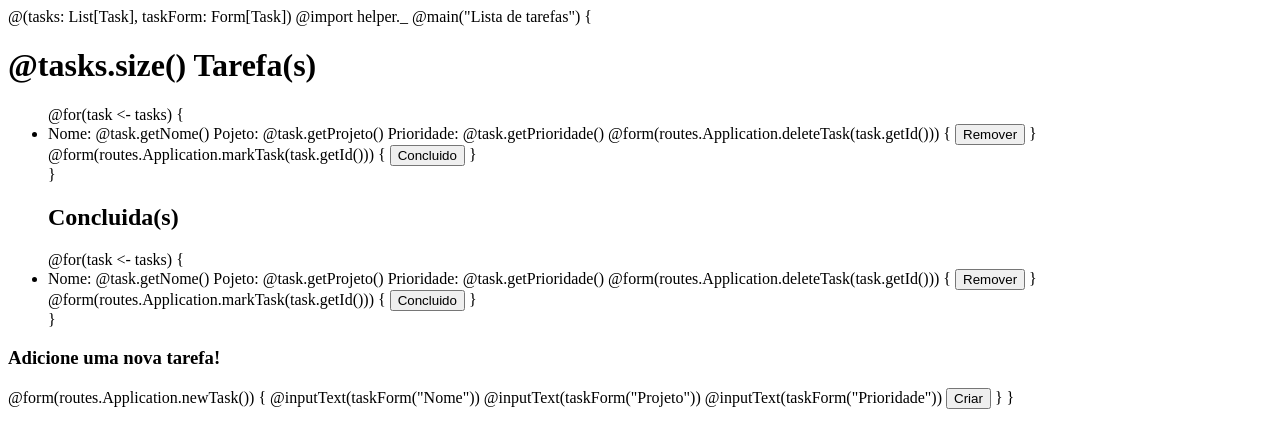
Repository: lcavalcante/si1
Page: lab2/.target/views/index.scala.html
An editor plug-in stored every save of this project. The page is shown before and after the next save, followed by the edit.
The browser window is 1280 px wide. The pictures show the whole page.

Above is the page before, as saved 2013-11-27 00:29:18.

After the next save:
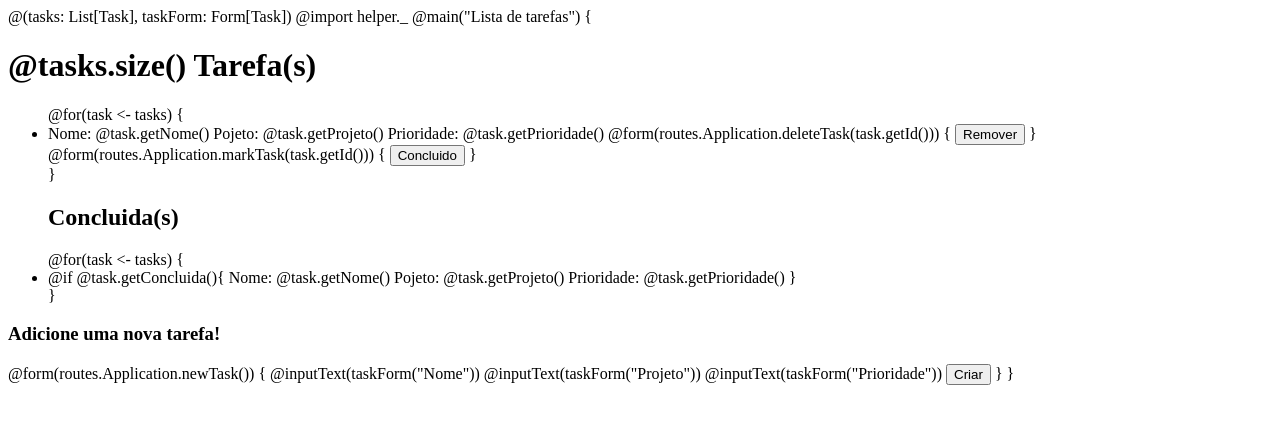
Saved 53 s later.
--- a/lab2/.target/views/index.scala.html
+++ b/lab2/.target/views/index.scala.html
@@ -29,17 +29,9 @@
     	 <h2>Concluida(s)</h2>
         @for(task <- tasks) {
             <li>
+            	@if @task.getConcluida(){
                 Nome: @task.getNome() Pojeto: @task.getProjeto() Prioridade: @task.getPrioridade()
-
-                @form(routes.Application.deleteTask(task.getId())) {
-                    <input type="submit" value="Remover">
-
                 }
-
-                @form(routes.Application.markTask(task.getId())) {
-                    <input type="submit" value="Concluido">
-                }
-
 
             </li>
         }
